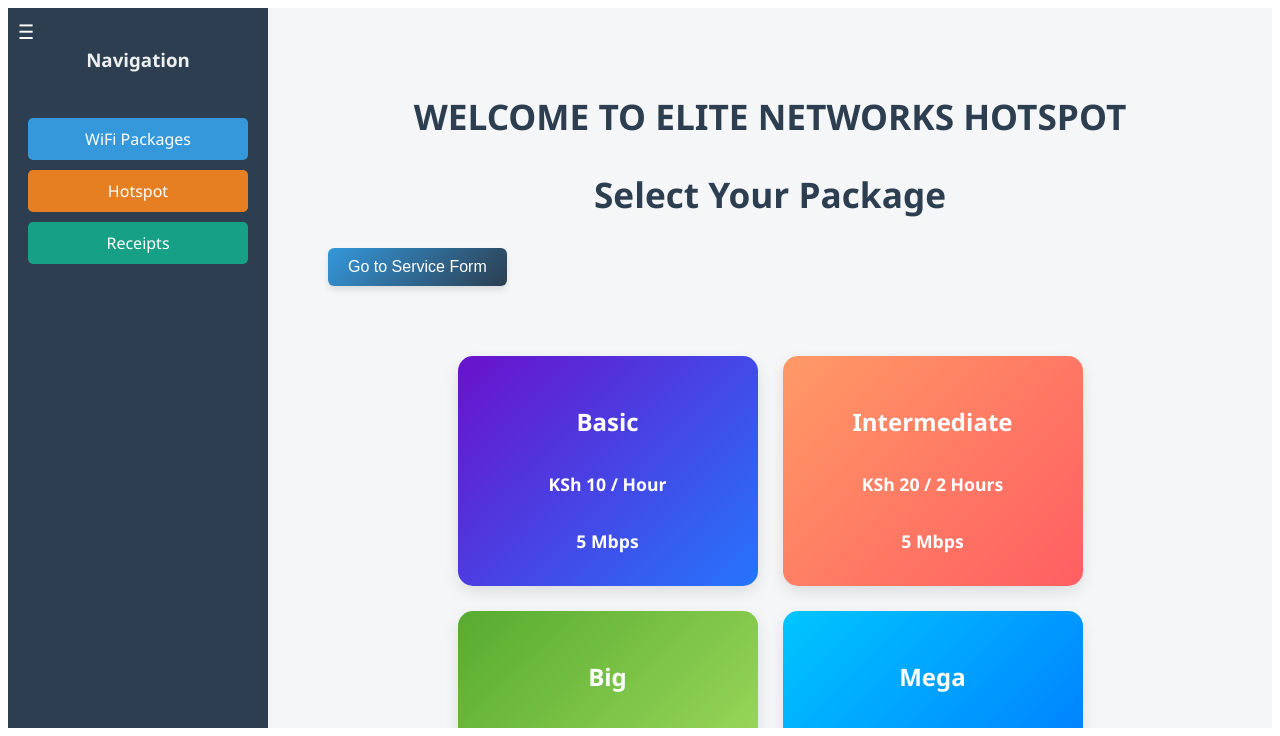
Repository: rachel648/system_Bill
Page: /packages (app in client/)
These files come from the project's save history. The page is drawn as it stood at one moment and after the next save; the edit follows.
The browser window is 1280 px wide. The pictures show the whole page.
The page's requests for data from a server got no answer. An inner scrolling area shows only its first screen. The project was rebuilt for these pictures with package versions that can differ from the ones it lists, and the page was loaded fresh each time. No one was signed in, and anything a server would have sent is missing. Also part of the build but not shown: client/src/components/ServiceForm.js, client/src/Hotspot.css, client/src/Hotspot.js, client/src/admin.js. Imported but missing from the stored project, and not drawn on this page: client/src/Receipts.

Above is the page before, as saved 2025-07-10 22:58:45.

### client/public/index.html
<!DOCTYPE html>
<html lang="en">
  <head>
    <meta charset="UTF-8" />
    <meta name="viewport" content="width=device-width, initial-scale=1.0"/>
    <title>Internet Billing System</title>
  </head>
  <body>
    <div id="root"></div>
    <!-- Add React scripts if not using Create React App -->
    <!-- <script src="https://unpkg.com/react@18/umd/react.development.js"></script>
    <script src="https://unpkg.com/react-dom@18/umd/react-dom.development.js"></script> -->
  </body>
</html>

### client/src/App.js
import React, { useState } from 'react';
import { BrowserRouter as Router, Routes, Route, Navigate } from 'react-router-dom';
import ServiceForm from './components/ServiceForm';
import Packages from './Packages';
import Hotspot from './Hotspot';
import Receipts from './Receipts';
import Navigation from './Navigation';
import './App.css';
import Admin from './admin';
import axios from 'axios';

// Set axios defaults for API calls
axios.defaults.baseURL = process.env.REACT_APP_API_BASE_URL || 'http://localhost:5000/api';

const App = () => {
  const [isSidebarVisible, setSidebarVisible] = useState(true);

  const toggleSidebar = () => {
    setSidebarVisible(prev => !prev);
  };

  const Layout = ({ children }) => (
    <div className="app-container">
      <Navigation isVisible={isSidebarVisible} toggle={toggleSidebar} />
      <div className="main-content">
        {children}
      </div>
    </div>
  );

  return (
    <Router>
      <Routes>
        {/* Redirect root to /packages */}
        <Route path="/" element={<Navigate to="/packages" replace />} />

        {/* Main pages with sidebar layout */}
        <Route path="/packages" element={<Layout><Packages /></Layout>} />
        <Route path="/hotspot" element={<Layout><Hotspot /></Layout>} />
        <Route path="/receipts" element={<Layout><Receipts /></Layout>} />
        <Route path="/service" element={<Layout><ServiceForm /></Layout>} />

        {/* Admin page without sidebar */}
        <Route path="/admin" element={<Admin />} />
      </Routes>
    </Router>
  );
};

export default App;

### client/src/Packages.js
import React, { useState } from 'react';
import { useNavigate } from 'react-router-dom';
import './Packages.css';

const packagePrices = {
  Basic: 10,
  Intermediate: 20,
  Big: 30,
  Mega: 40,
  Super: 50,
  DayOffer: 80
};

// Add duration for each package
const packageDurations = {
  Basic: '/ Hour',
  Intermediate: '/ 2 Hours',
  Big: '/ 3 Hours',
  Mega: '/ 4 Hours',
  Super: '/ 5 Hours',
  DayOffer: '24 Hours (Full Day)'
};

const API_BASE_URL = process.env.NODE_ENV === 'production'
  ? 'https://your-production-api.com'
  : 'http://localhost:5000';

const Packages = () => {
  const [isModalOpen, setIsModalOpen] = useState(false);
  const [selectedPackage, setSelectedPackage] = useState(null);
  const [phoneNumber, setPhoneNumber] = useState('');
  const [isProcessing, setIsProcessing] = useState(false);
  const [error, setError] = useState(null);
  const navigate = useNavigate();

  const handleCardClick = (pkg) => {
    setSelectedPackage(pkg);
    setIsModalOpen(true);
    setError(null);
  };

  const formatPhoneNumber = (phone) => {
    let formatted = phone.trim();
    formatted = formatted.replace(/\D/g, ''); // Remove all non-digit characters

    if (formatted.startsWith('254') && formatted.length === 12) {
      return formatted;
    }
    if (formatted.startsWith('07') && formatted.length === 10) {
      return '254' + formatted.substring(1);
    }
    if (formatted.startsWith('7') && formatted.length === 9) {
      return '254' + formatted;
    }
    return formatted; // Let validation catch invalid numbers
  };

  const handlePayment = async () => {
    // Validate phone number - accept +254..., 254..., or 07...
    const phoneRegex = /^(?:\+?254|0)[17]\d{8}$/;
    const testNumber = phoneNumber.trim();

    if (!phoneRegex.test(testNumber)) {
      setError('Please enter a valid Safaricom number (e.g. 0712345678, 254712345678, or +254712345678)');
      return;
    }

    const formattedPhone = formatPhoneNumber(testNumber);
    // Additional validation for the formatted number
    if (formattedPhone.length !== 12 || !formattedPhone.startsWith('254')) {
      setError('Invalid phone number format after conversion');
      return;
    }

    const amount = packagePrices[selectedPackage];
    setIsProcessing(true);
    setError(null);

    try {
      const healthResponse = await fetch(`${API_BASE_URL}/api/health`);
      if (!healthResponse.ok) {
        throw new Error('Backend service is not available');
      }

      const paymentResponse = await fetch(`${API_BASE_URL}/api/payment`, {
        method: 'POST',
        headers: {
          'Content-Type': 'application/json',
        },
        body: JSON.stringify({
          phone: formattedPhone,
          amount,
          package: selectedPackage,
        }),
      });

      const responseData = await paymentResponse.json();

      if (!paymentResponse.ok || !responseData.success) {
        throw new Error(responseData.message || 'Payment request failed');
      }

      alert(`Payment request sent to ${formattedPhone}. Complete payment on your phone`);
      setIsModalOpen(false);
      setPhoneNumber('');

    } catch (err) {
      console.error('Payment Error:', err);
      let errorMessage = err.message;
      if (err.message.includes('Failed to fetch')) {
        errorMessage = 'Cannot connect to the payment service. Please check:';
        errorMessage += '\n1. Your internet connection';
        errorMessage += '\n2. That the backend server is running';
        errorMessage += '\n3. That you have CORS enabled on the backend';
      }
      setError(errorMessage);
    } finally {
      setIsProcessing(false);
    }
  };

  return (
    <div className="container">
       <h1 className="heading">WELCOME TO ELITE NETWORKS HOTSPOT</h1>
      <h2 className="heading">Select Your Package</h2>

      <button
        onClick={() => navigate('/service')}
        className="service-form-button"
        style={{ marginBottom: '20px', padding: '10px 20px' }}
      >
        Go to Service Form
      </button>

      <div className="card-container">
        {Object.keys(packagePrices).map((pkg) => (
          <div key={pkg} className={`card ${pkg.toLowerCase()}-card`} onClick={() => handleCardClick(pkg)}>
            <h3>{pkg}</h3>
            <p>KSh {packagePrices[pkg].toLocaleString()} {packageDurations[pkg]}</p>
            <p>{pkg === 'Basic' ? '5' : pkg === 'Intermediate' ? '5' : pkg === 'Big' ? '5' : '5'} Mbps</p>
          </div>
        ))}
      </div>

      {isModalOpen && (
        <div className="modal">
          <div className="modal-content">
            <h3>Make Payment for {selectedPackage}</h3>
            <label htmlFor="phone">Enter Safaricom Number:</label>
            <input
              type="tel"
              id="phone"
              value={phoneNumber}
              onChange={(e) => {
                setPhoneNumber(e.target.value);
                setError(null);
              }}
              placeholder="e.g. 0712345678, 254712345678, or +254712345678"
              disabled={isProcessing}
              maxLength="13"
            />

            <p className="amount-display">
              Amount: KSh {packagePrices[selectedPackage].toLocaleString()}
            </p>

            {error && (
              <div className="error-message">
                {error.split('\n').map((line, i) => (
                  <p key={i}>{line}</p>
                ))}
              </div>
            )}

            <div className="modal-buttons">
              <button
                onClick={handlePayment}
                disabled={isProcessing}
                className={isProcessing ? 'processing' : ''}
              >
                {isProcessing ? (
                  <>
                    <span className="spinner"></span>
                    Processing...
                  </>
                ) : 'Submit Payment'}
              </button>
              <button
                onClick={() => {
                  setIsModalOpen(false);
                  setError(null);
                }}
                disabled={isProcessing}
              >
                Cancel
              </button>
            </div>
          </div>
        </div>
      )}
    </div>
  );
};

export default Packages;

### client/src/Navigation.js
import React from 'react';
import { Link } from 'react-router-dom';

const Navigation = ({ isVisible, toggle }) => (
  <div className={`navigation ${!isVisible ? 'collapsed' : ''}`}>
    <div className="toggle-icon" onClick={toggle}>☰</div>
    {isVisible && (
      <>
        <h3>Navigation</h3>
        <ul>
          <li><Link to="/packages" className="link-wifi">WiFi Packages</Link></li>
          <li><Link to="/hotspot" className="link-hotspot">Hotspot</Link></li>
          <li><Link to="/receipts" className="link-receipts">Receipts</Link></li>
        </ul>
      </>
    )}
  </div>
);

export default Navigation;

### client/src/App.css
/* Overall container for layout */
.app-container {
  display: flex;
  height: 100vh;
  font-family: 'Segoe UI', Tahoma, Geneva, Verdana, sans-serif;
}

/* Sidebar navigation */
.navigation {
  width: 220px;
  background-color: #2c3e50;
  padding: 20px;
  display: flex;
  flex-direction: column;
  align-items: center;
  transition: width 0.3s ease;
  position: relative;
}

.navigation.collapsed {
  width: 60px;
  padding: 20px 10px;
}

.toggle-icon {
  position: absolute;
  top: 10px;
  left: 10px;
  font-size: 20px;
  cursor: pointer;
  color: white;
}

/* Hide text when collapsed */
.navigation.collapsed h3,
.navigation.collapsed ul {
  display: none;
}

.navigation h3 {
  color: #ecf0f1;
  margin-bottom: 20px;
}

.navigation ul {
  list-style: none;
  padding: 0;
  width: 100%;
}

.navigation li {
  margin: 10px 0;
  width: 100%;
  text-align: center;
}

/* Unique colored links */
.link-wifi {
  background-color: #3498db; /* Blue */
  color: white;
  padding: 10px;
  display: block;
  text-decoration: none;
  border-radius: 5px;
}

.link-hotspot {
  background-color: #e67e22; /* Orange */
  color: white;
  padding: 10px;
  display: block;
  text-decoration: none;
  border-radius: 5px;
}

.link-receipts {
  background-color: #16a085; /* Teal */
  color: white;
  padding: 10px;
  display: block;
  text-decoration: none;
  border-radius: 5px;
}

.link-wifi:hover,
.link-hotspot:hover,
.link-receipts:hover {
  opacity: 0.85;
}

/* Main content area */
.main-content {
  flex: 1;
  padding: 40px;
  background-color: #f4f6f8;
  overflow-y: auto;
}

### client/src/Packages.css
/* Main container */
.container {
  max-width: 1200px;
  margin: 0 auto;
  padding: 20px;
}

.heading {
  text-align: center;
  color: #2c3e50;
  margin-bottom: 30px;
  font-size: 2.2rem;
}

/* Service form button */
.service-form-button {
  background: linear-gradient(135deg, #3498db, #2c3e50);
  color: white;
  border: none;
  border-radius: 6px;
  padding: 12px 24px;
  font-size: 1rem;
  cursor: pointer;
  transition: all 0.3s ease;
  box-shadow: 0 4px 6px rgba(0, 0, 0, 0.1);
}

.service-form-button:hover {
  transform: translateY(-2px);
  box-shadow: 0 6px 12px rgba(0, 0, 0, 0.15);
}

/* Cards container */
.card-container {
  display: flex;
  justify-content: center;
  flex-wrap: wrap;
  gap: 25px;
  padding: 20px;
  margin-top: 30px;
}

/* Card styles */
.card {
  padding: 25px;
  cursor: pointer;
  border-radius: 15px;
  text-align: center;
  width: 250px;
  color: white;
  font-weight: bold;
  box-shadow: 0 6px 15px rgba(0, 0, 0, 0.1);
  transition: all 0.3s cubic-bezier(0.25, 0.8, 0.25, 1);
  display: flex;
  flex-direction: column;
  align-items: center;
  justify-content: space-between;
  min-height: 180px;
}

.card h3 {
  font-size: 1.5rem;
  margin-bottom: 10px;
}

.card p {
  font-size: 1.1rem;
  margin: 8px 0;
}

/* Package-specific colors */
.basic-card {
  background: linear-gradient(135deg, #6a11cb, #2575fc);
}

.intermediate-card {
  background: linear-gradient(135deg, #ff9966, #ff5e62);
}

.big-card {
  background: linear-gradient(135deg, #56ab2f, #a8e063);
}

.mega-card {
  background: linear-gradient(135deg, #00c6ff, #0072ff);
}
.super-card {
  background: linear-gradient(135deg, #ff416c, #ff4b2b);
}
.dayoffer-card {
  background: linear-gradient(135deg, #f7971e, #ffd200);
}


.card:hover {
  transform: translateY(-8px);
  box-shadow: 0 12px 24px rgba(0, 0, 0, 0.2);
}

/* Modal styles */
.modal {
  position: fixed;
  top: 0;
  left: 0;
  right: 0;
  bottom: 0;
  background-color: rgba(0, 0, 0, 0.5);
  display: flex;
  justify-content: center;
  align-items: center;
  z-index: 1000;
  backdrop-filter: blur(3px);
}

.modal-content {
  background-color: white;
  padding: 30px;
  border-radius: 12px;
  width: 90%;
  max-width: 400px;
  text-align: center;
  box-shadow: 0 10px 30px rgba(0, 0, 0, 0.2);
}

.modal-content h3 {
  color: #2c3e50;
  margin-bottom: 20px;
  font-size: 1.5rem;
}

/* Input styles */
input[type="tel"] {
  width: 100%;
  padding: 12px 15px;
  margin: 15px 0;
  border: 2px solid #e0e0e0;
  border-radius: 8px;
  font-size: 1rem;
  transition: border 0.3s ease;
}

input[type="tel"]:focus {
  border-color: #3498db;
  outline: none;
}

/* Amount display */
.amount-display {
  font-size: 1.3rem;
  font-weight: bold;
  color: #2c3e50;
  margin: 15px 0;
  padding: 10px;
  background-color: #f8f9fa;
  border-radius: 8px;
}

/* Button styles */
.modal-buttons {
  display: flex;
  justify-content: center;
  gap: 15px;
  margin-top: 20px;
}

.modal-buttons button {
  padding: 12px 25px;
  border: none;
  border-radius: 8px;
  font-size: 1rem;
  font-weight: 600;
  cursor: pointer;
  transition: all 0.3s ease;
  flex: 1;
  max-width: 150px;
}

.modal-buttons button:first-child {
  background: linear-gradient(135deg, #2ecc71, #27ae60);
  color: white;
}

.modal-buttons button:first-child:hover {
  background: linear-gradient(135deg, #27ae60, #219653);
  transform: translateY(-2px);
}

.modal-buttons button:last-child {
  background: #f1f1f1;
  color: #555;
}

.modal-buttons button:last-child:hover {
  background: #e0e0e0;
}

.modal-buttons button:disabled {
  opacity: 0.7;
  cursor: not-allowed;
  transform: none !important;
}

/* Error message */
.error-message {
  color: #e74c3c;
  background-color: #fdecea;
  padding: 12px;
  border-radius: 8px;
  margin: 15px 0;
  font-size: 0.95rem;
  text-align: left;
  border-left: 4px solid #e74c3c;
}

/* Loading spinner */
.spinner {
  display: inline-block;
  width: 16px;
  height: 16px;
  border: 3px solid rgba(255, 255, 255, 0.3);
  border-radius: 50%;
  border-top-color: white;
  animation: spin 1s ease-in-out infinite;
  margin-right: 10px;
  vertical-align: middle;
}

@keyframes spin {
  to {
    transform: rotate(360deg);
  }
}

/* Responsive design */
@media (max-width: 768px) {
  .card-container {
    gap: 15px;
  }

  .card {
    width: calc(50% - 20px);
    min-width: 150px;
    padding: 20px 10px;
  }

  .modal-content {
    padding: 20px;
  }

  .modal-buttons {
    flex-direction: column;
    gap: 10px;
  }

  .modal-buttons button {
    max-width: 100%;
  }
}

@media (max-width: 480px) {
  .card {
    width: 100%;
  }

  .heading {
    font-size: 1.8rem;
  }
}

Loaded but not shown: client/src/index.js (common file)

After the next save:
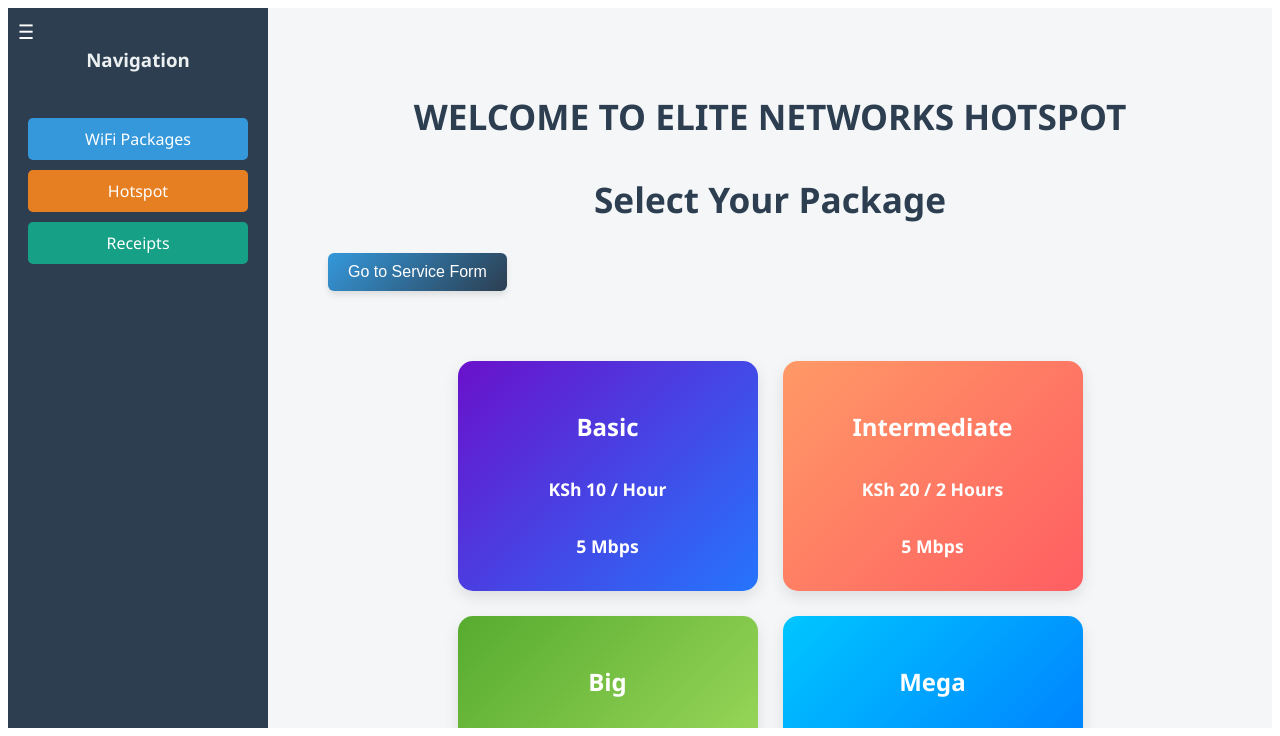
Saved 13 s later.
--- a/client/src/Packages.js
+++ b/client/src/Packages.js
@@ -122,7 +122,7 @@ const Packages = () => {
   return (
     <div className="container">
        <h1 className="heading">WELCOME TO ELITE NETWORKS HOTSPOT</h1>
-      <h2 className="heading">Select Your Package</h2>
+      <h3 className="heading">Select Your Package</h3>
 
       <button
         onClick={() => navigate('/service')}
